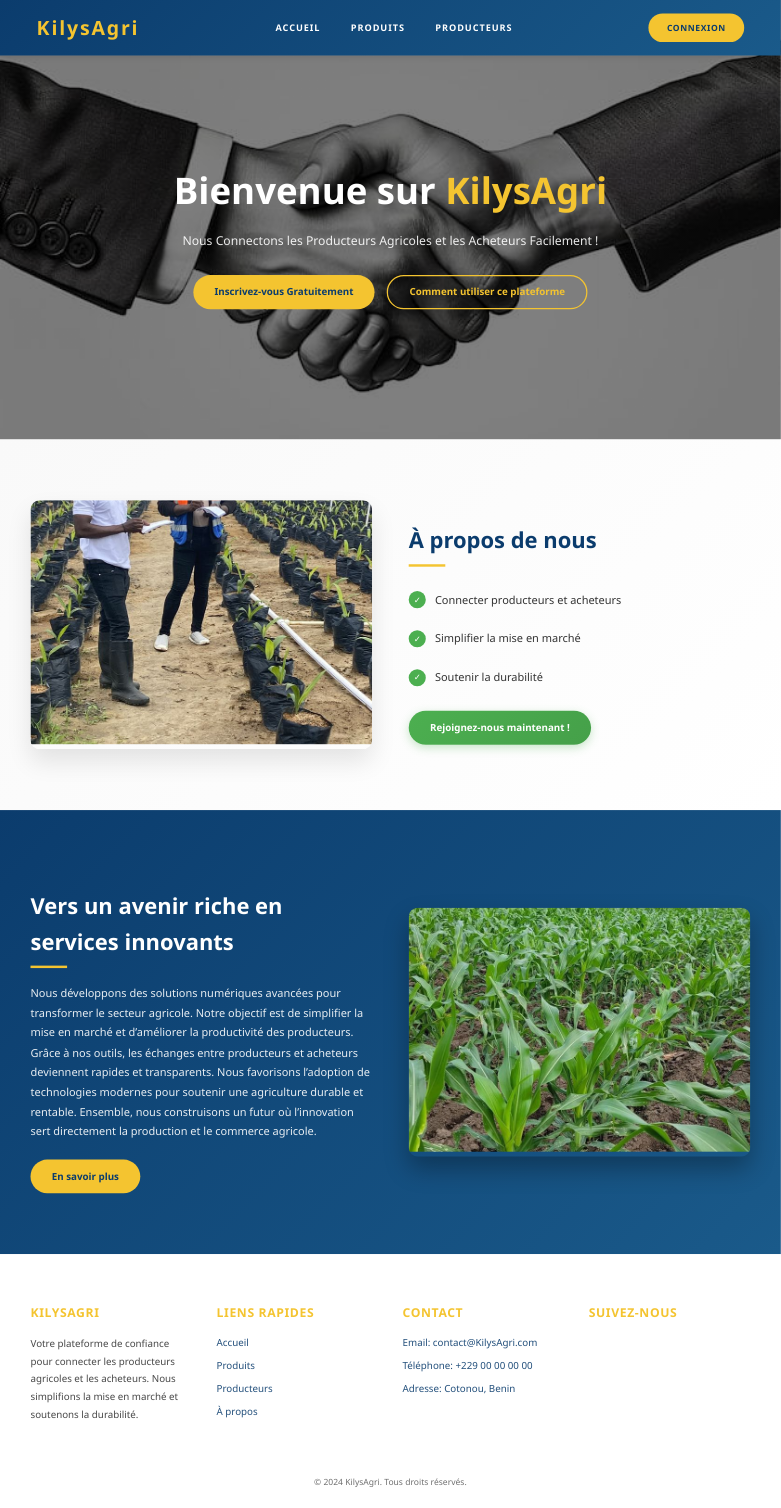
Repository: KILAYOSSI/projetdesoutenance
Page: templates/home/index.html.twig
These files come from the project's save history. The page is drawn as it stood at one moment and after the next save; the edit follows.
The browser window is 1280 px wide. The pictures show the whole page, at 61% of full size.
The page is a Twig template of a Symfony application; nobody is signed in and links lead nowhere. The template is opened directly, without the code that normally fills it, so the values that code supplies are empty.

Above is the page before, as saved 2026-02-25 16:27:18.

After the next save:
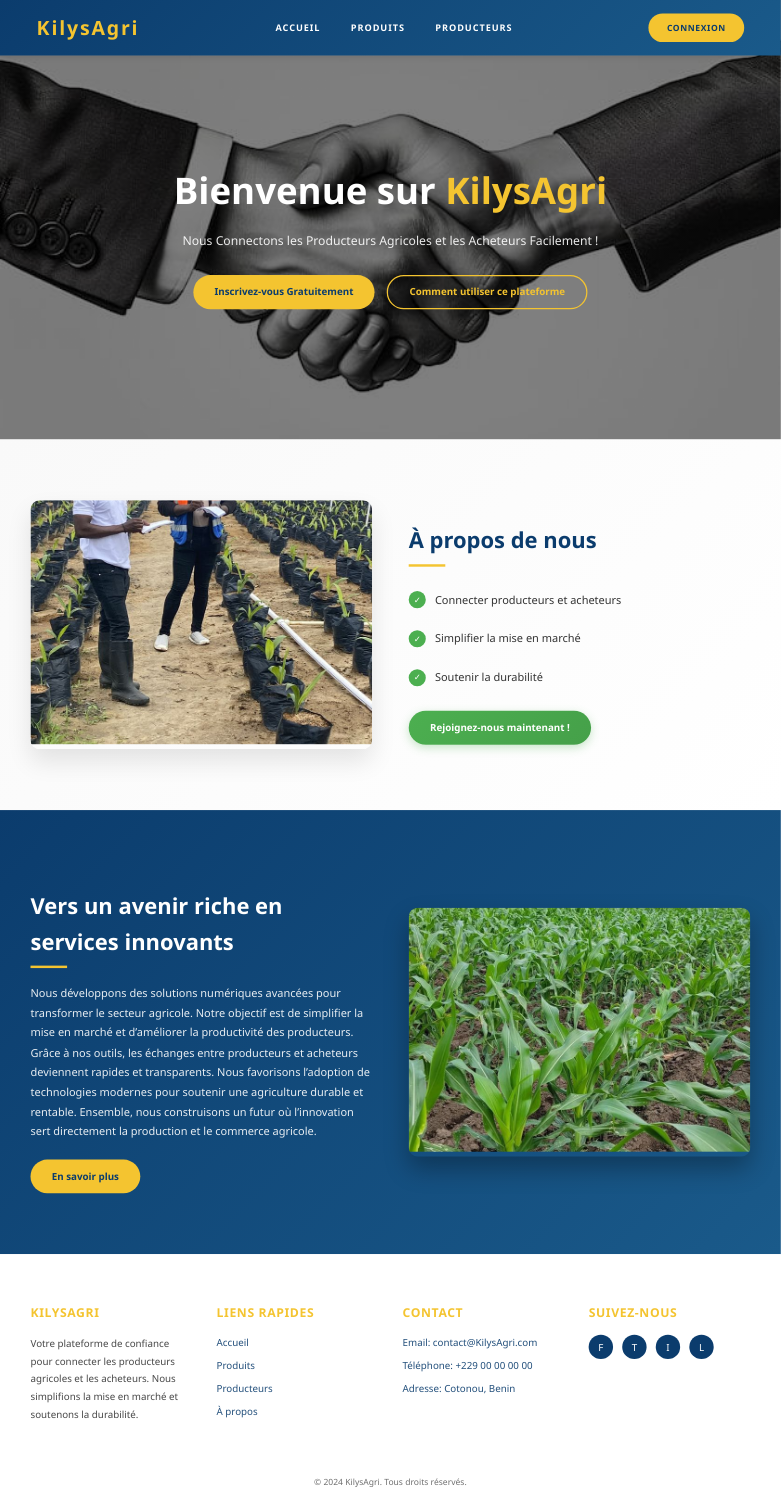
Saved 76 s later.
--- a/public/css/style.css
+++ b/public/css/style.css
@@ -459,7 +459,7 @@ body {
     justify-content: center;
     width: 40px;
     height: 40px;
-    background: rgba(255,255,255,0.1);
+    background: #0b3c6d;
     border-radius: 50%;
     color: white;
     text-decoration: none;
